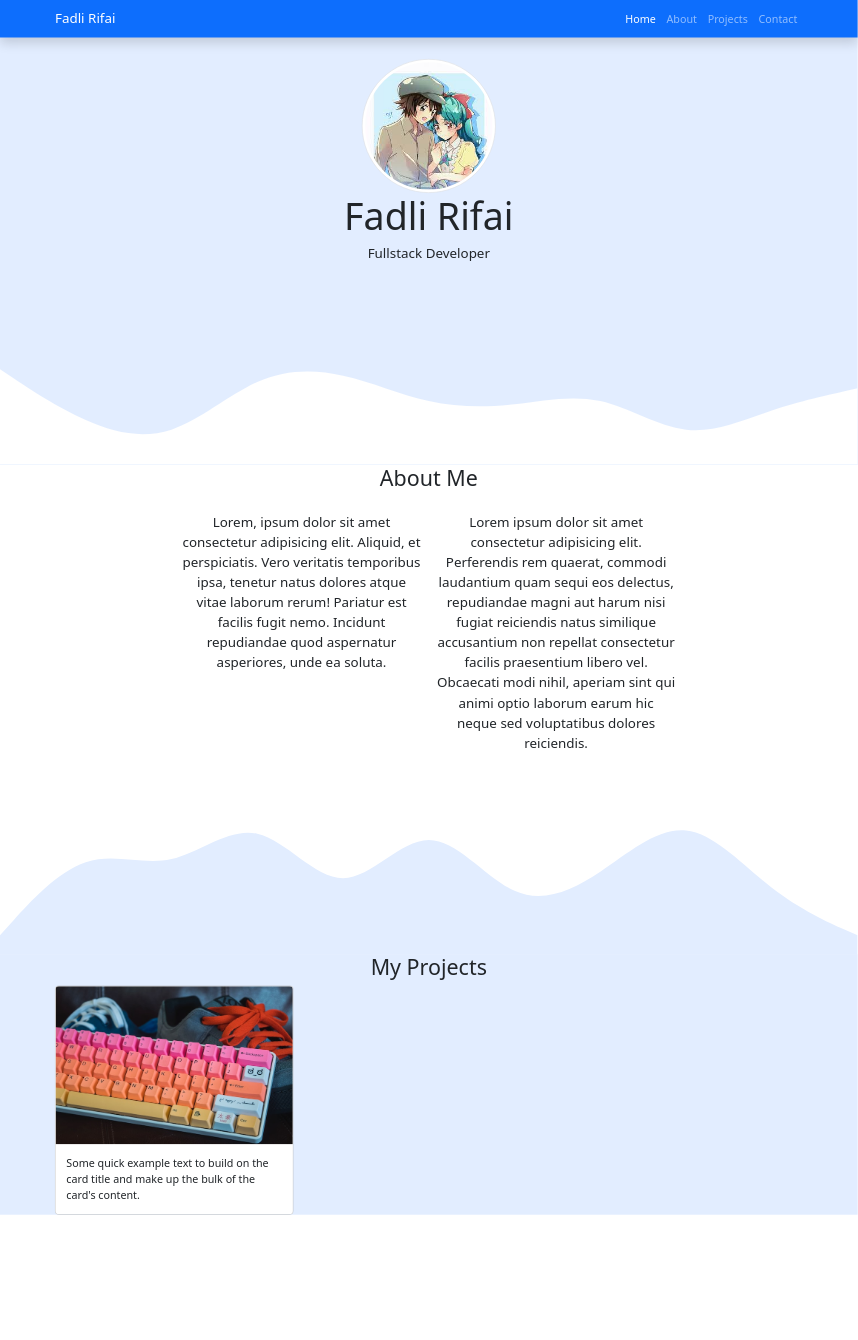
Repository: fadlyyy/fadli-dev.github.io
Page: index.html
These files come from the project's save history. The page is drawn as it stood at one moment and after the next save; the edit follows.
The browser window is 1280 px wide. The pictures show the whole page, at 67% of full size.

Above is the page before, as saved 2024-01-19 11:28:49.

After the next save:
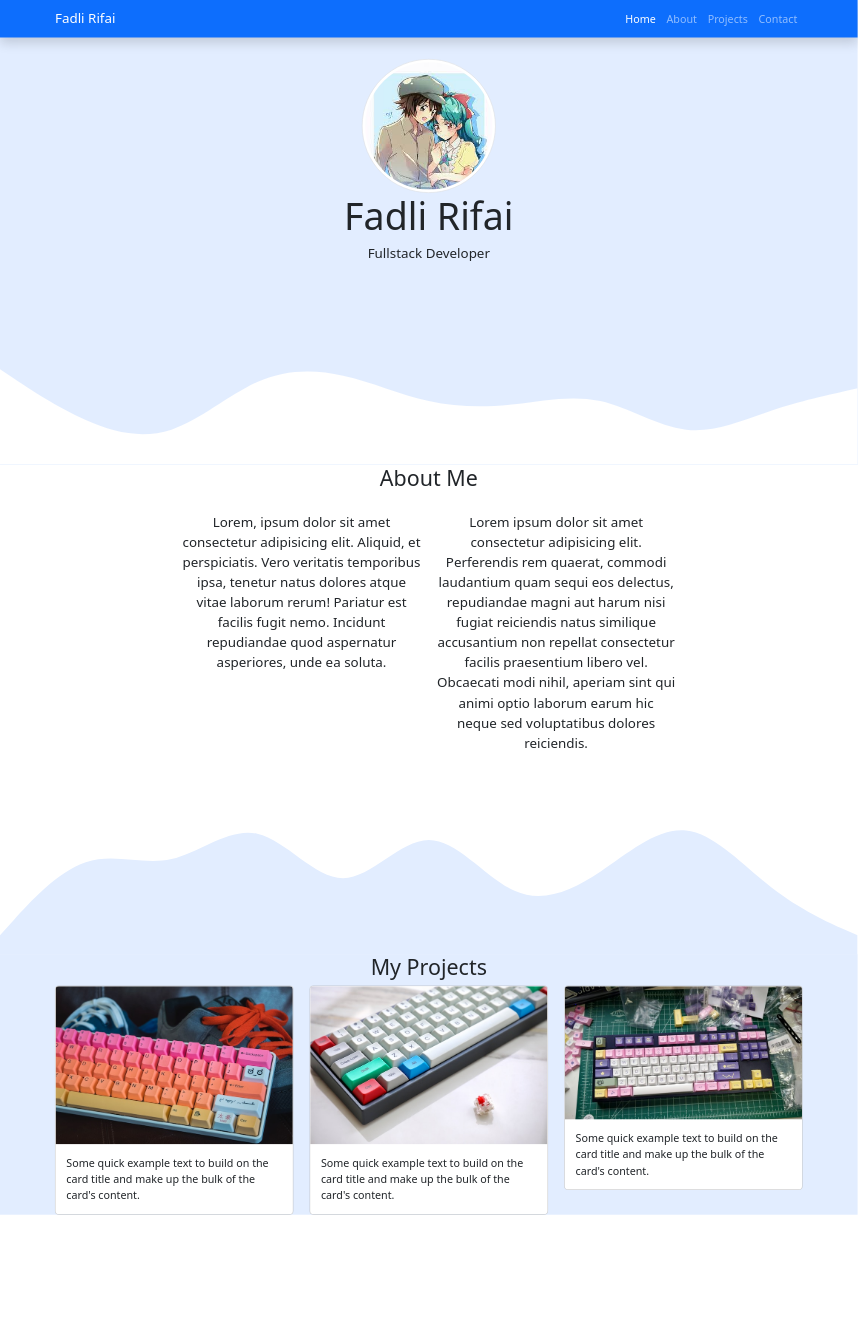
Saved 5 min 49 s later.
--- a/index.html
+++ b/index.html
@@ -100,6 +100,22 @@
               </div>
             </div>
           </div>
+          <div class="col-4">
+            <div class="card">
+              <img src="img/projects/Projects2.jpg" class="card-img-top" alt="..." />
+              <div class="card-body">
+                <p class="card-text">Some quick example text to build on the card title and make up the bulk of the card's content.</p>
+              </div>
+            </div>
+          </div>
+          <div class="col-4">
+            <div class="card">
+              <img src="img/projects/Projects3.jpg" class="card-img-top" alt="..." />
+              <div class="card-body">
+                <p class="card-text">Some quick example text to build on the card title and make up the bulk of the card's content.</p>
+              </div>
+            </div>
+          </div>
         </div>
       </div>
     </section>
